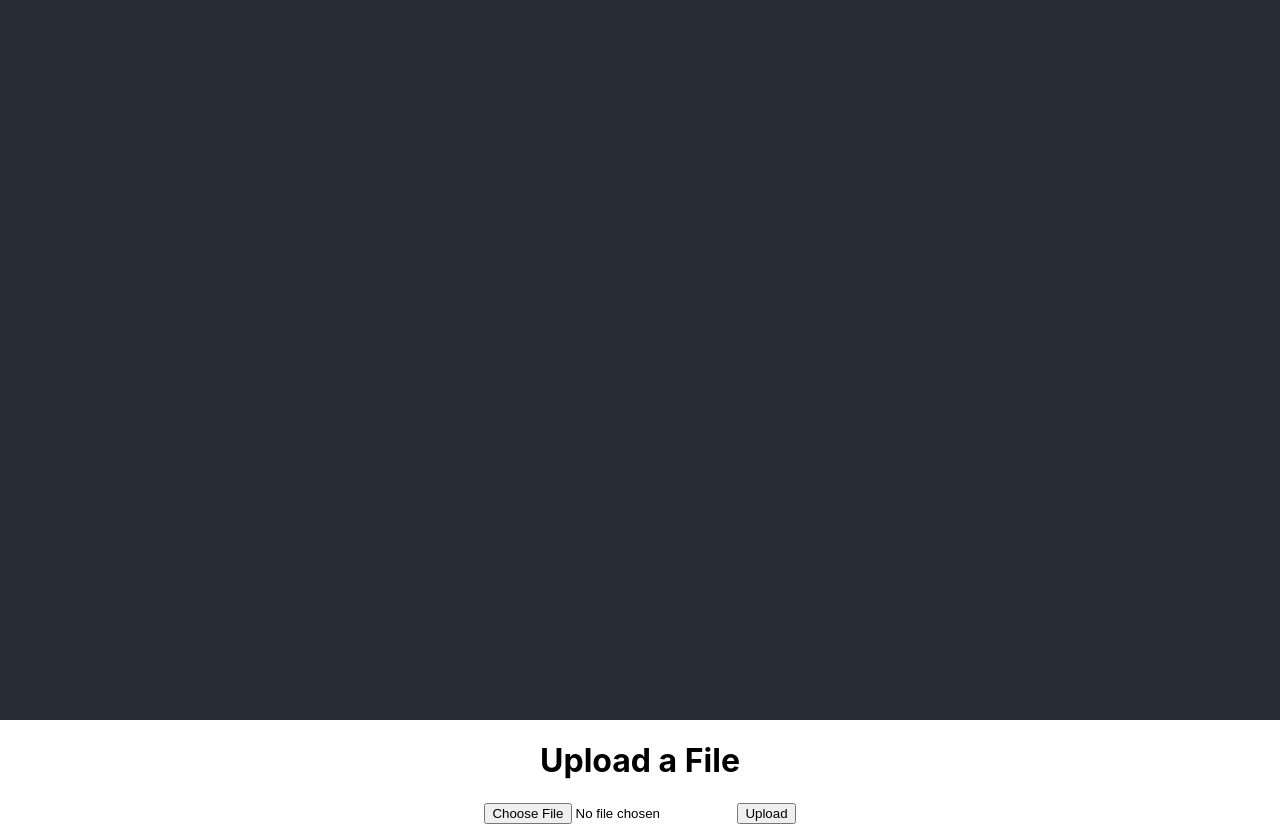
Repository: WafulaLukorito/flagged-Frontend
Page: /
These files come from the project's save history. The page is drawn as it stood at one moment and after the next save; the edit follows.
The browser window is 1280 px wide. The pictures show the whole page.
The project was rebuilt for these pictures with package versions that can differ from the ones it lists, and the page was loaded fresh each time.

Above is the page before, as saved 2024-01-20 18:25:38.

After the next save:
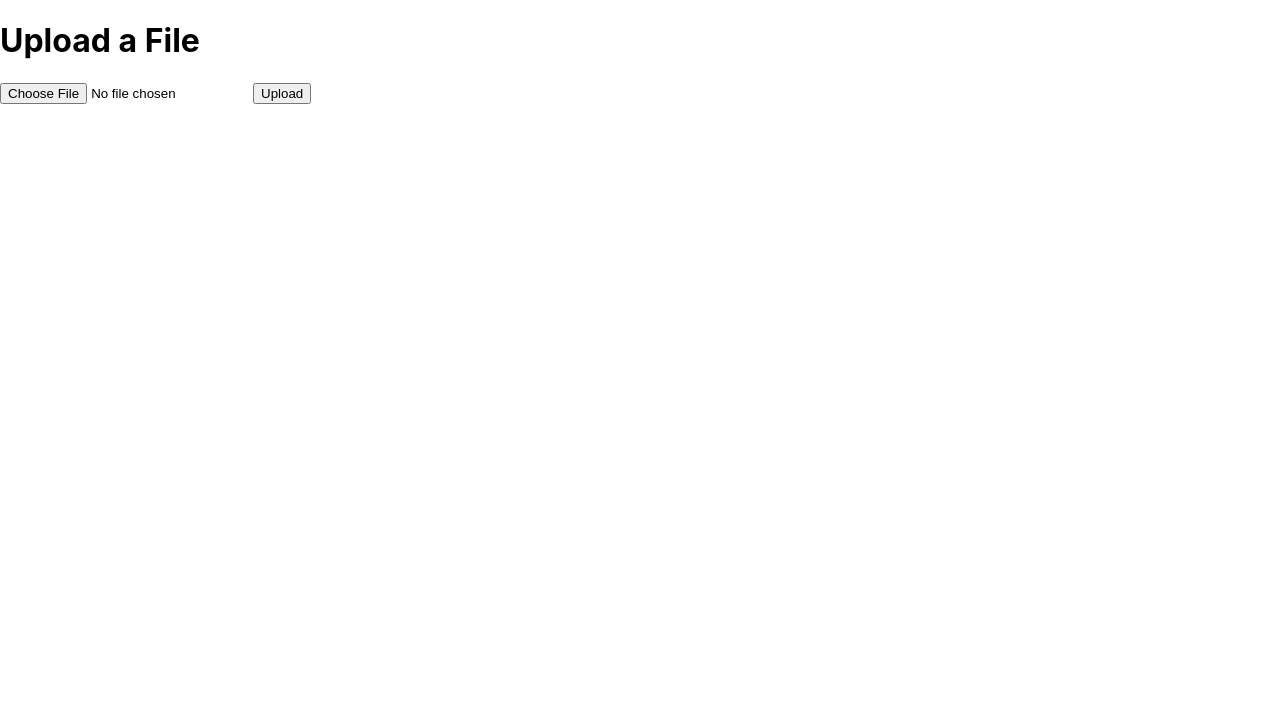
Saved 40 s later.
--- a/src/App.js
+++ b/src/App.js
@@ -1,5 +1,5 @@
 
-import './App.css';
+// import './App.css';
 import FileUpload from './components/FileUpload';
 
 function App() {
